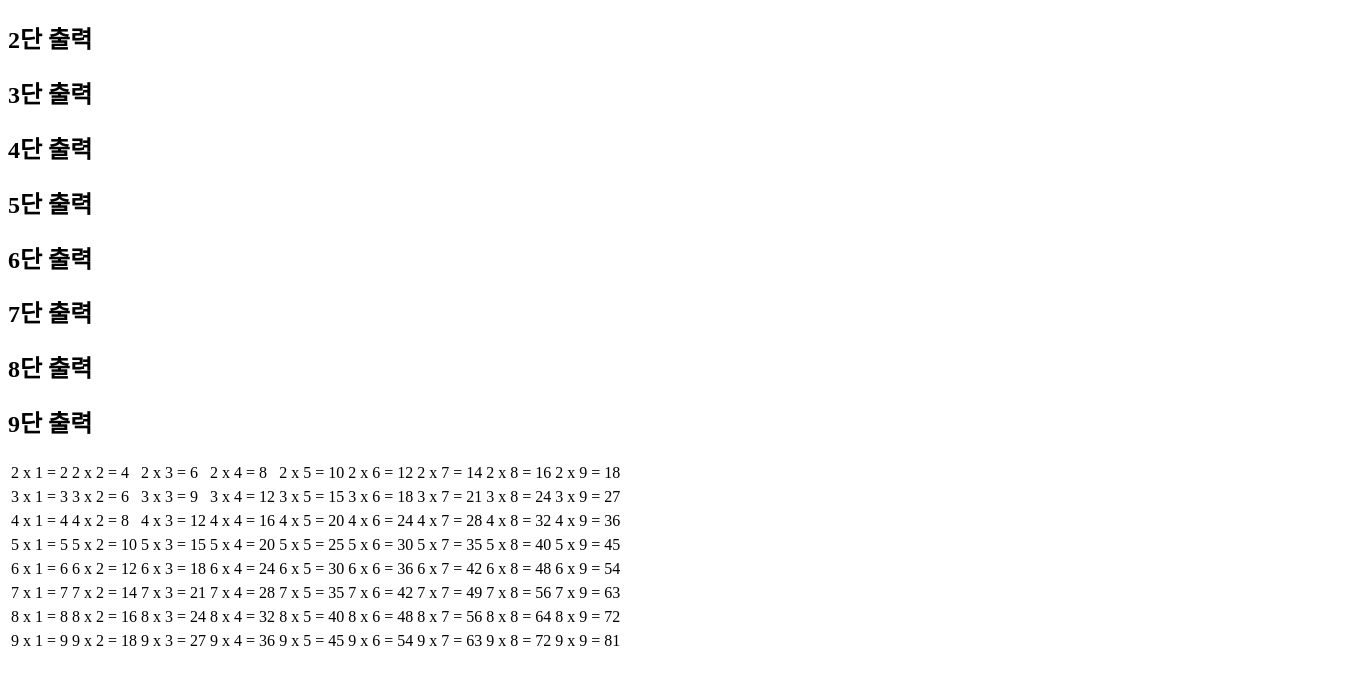
Repository: carnelli95/workspace_JSP
Page: http://localhost/MustHaveJSP/Mission/Gugudan1.jsp
An editor plug-in stored every save of this project. The page is shown before and after the next save, followed by the edit.
The browser window is 1280 px wide. The page is 1280 px wide, then 1352 px, so the pictures cover 1352 px, including what lies to the right of the window. The pictures show the whole page.
The page is served by Tomcat 9. Other server files are loaded and not shown.

Above is the page before, as saved 2025-09-22 08:42:24.

### MustHaveJSP/src/main/webapp/Mission/Gugudan1.jsp
<%@ page language="java" contentType="text/html; charset=UTF-8"
    pageEncoding="UTF-8"%>
<%! int dan;
	int num;
%>
<!DOCTYPE html>
<html>
<head>
<meta charset="UTF-8">
<title>Insert title here</title>
</head>
<body>

<%-- <table>
<%
	for(int i = 2; i <= 9; i++) {

		out.println("<tr>" + i + "단 출력</tr><br><br>");
		for(int j = 1; j <= 9; j++) {
			out.print("<tr>" + i + " x " + j  + " = " + i * j + "</tr><br>");
		}
		out.print("<br>");
	}
%>
</table>	 --%>


<table>
<%
	for(int i = 2; i <= 9; i++) {
		out.println("<h2>" + i + "단 출력</h2>");
		out.println("<tr></tr>");
		for(int j = 1; j <= 9; j++) {
			out.print("<td>" + i + " x " + j  + " = " + i * j + "</td>" + "\t");
		}
	}
%>
</table>
</body>
</html>

After the next save:
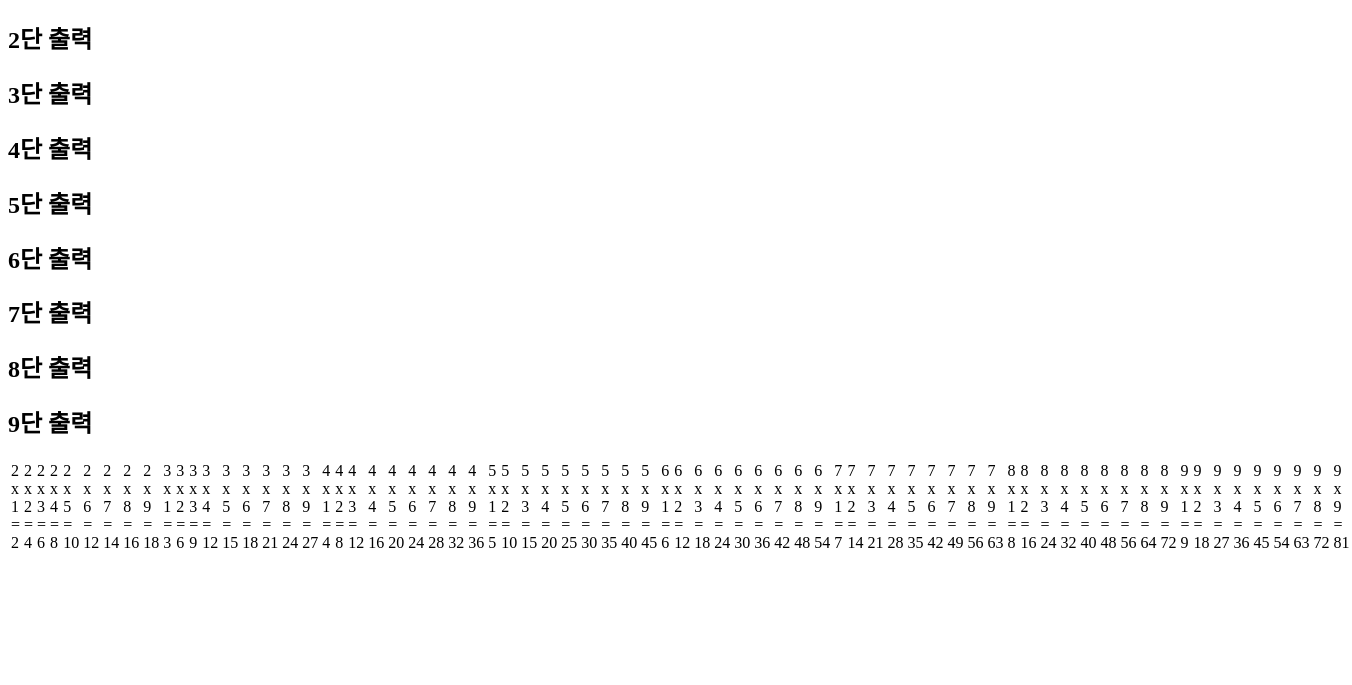
Saved 13 s later.
--- a/MustHaveJSP/src/main/webapp/Mission/Gugudan1.jsp
+++ b/MustHaveJSP/src/main/webapp/Mission/Gugudan1.jsp
@@ -29,7 +29,6 @@
 <%
 	for(int i = 2; i <= 9; i++) {
 		out.println("<h2>" + i + "단 출력</h2>");
-		out.println("<tr></tr>");
 		for(int j = 1; j <= 9; j++) {
 			out.print("<td>" + i + " x " + j  + " = " + i * j + "</td>" + "\t");
 		}
